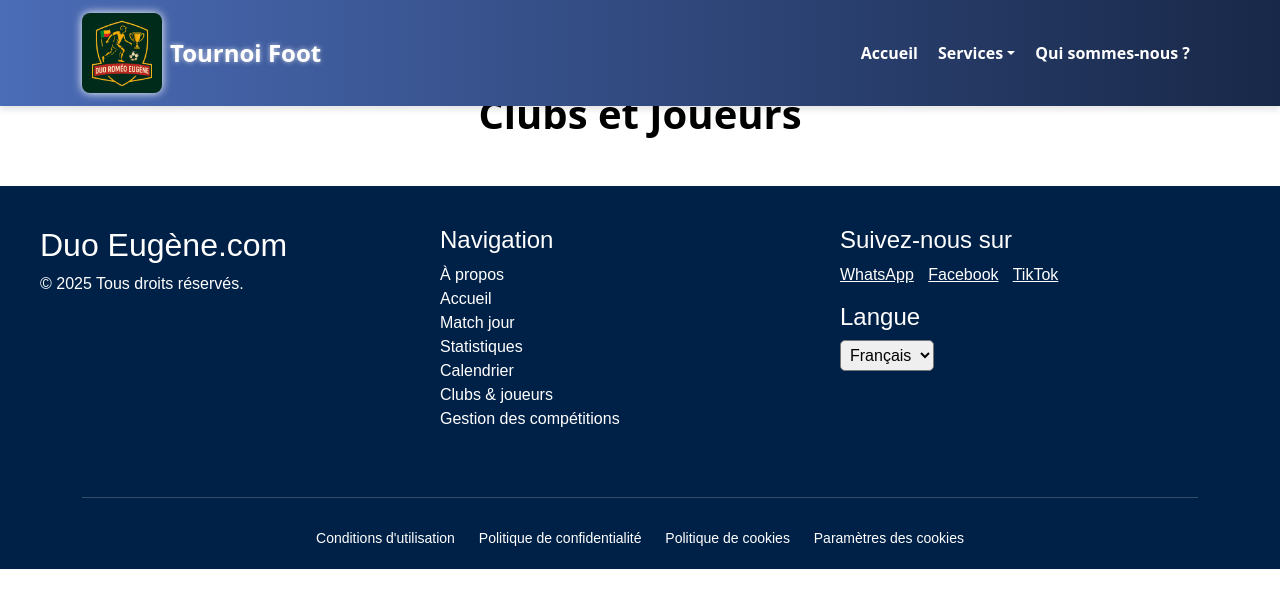
Repository: KILAYOSSI/tournoi_foot
Page: templates/pages/clubs_joueurs.html.twig
The author's editor kept a copy of each file at every save. The page is drawn from the files as they stood at one save, then again after the next save.
The browser window is 1280 px wide. The pictures show the whole page.
The page is a Twig template of a Symfony application; nobody is signed in and links lead nowhere. The template is opened directly, without the code that normally fills it, so the values that code supplies are empty.

Above is the page before, as saved 2025-06-27 04:08:24.

After the next save:
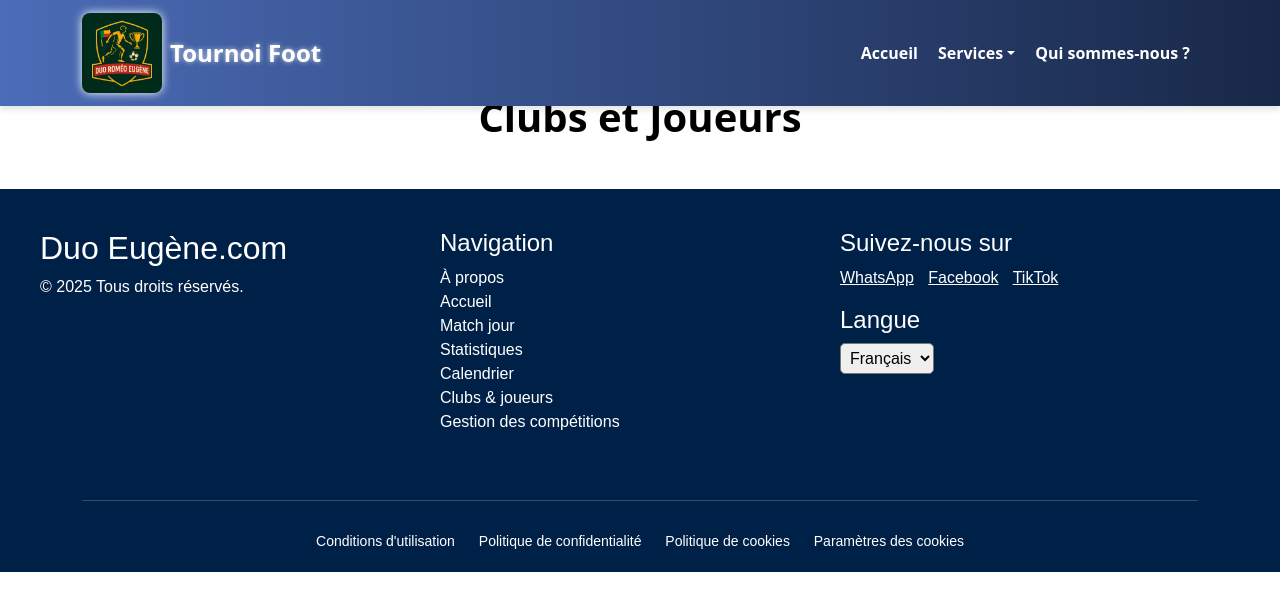
Saved 15 s later.
--- a/templates/pages/clubs_joueurs.html.twig
+++ b/templates/pages/clubs_joueurs.html.twig
@@ -4,7 +4,7 @@
 
 {% block body %}
 <div class="container my-5">
-    <h1 class="text-center mb-5 fw-bold" style="margin-top: 90px; color: #000000;">Clubs et Joueurs</h1>
+    <h1 class="text-center mb-5 fw-bold" style="margin-top: 93px; color: #000000;">Clubs et Joueurs</h1>
 
     {% for club in clubs %}
         <div class="card mb-4 shadow-sm rounded-4 border-0">

After the save that followed:
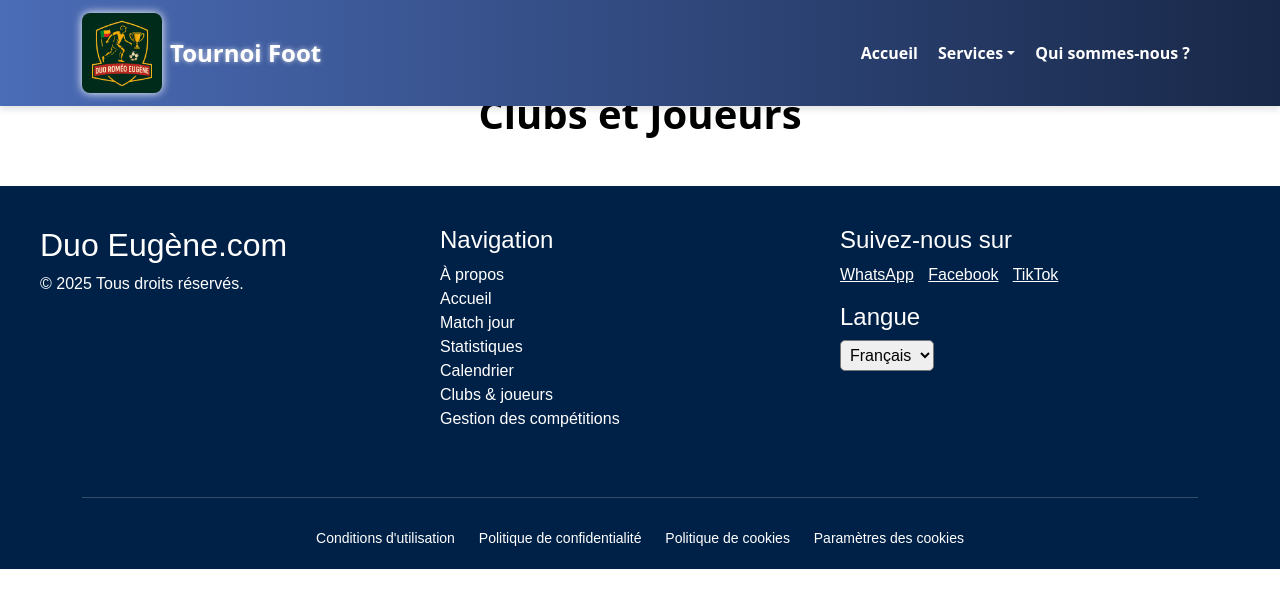
Saved 15 s later.
--- a/templates/pages/clubs_joueurs.html.twig
+++ b/templates/pages/clubs_joueurs.html.twig
@@ -4,7 +4,7 @@
 
 {% block body %}
 <div class="container my-5">
-    <h1 class="text-center mb-5 fw-bold" style="margin-top: 93px; color: #000000;">Clubs et Joueurs</h1>
+    <h1 class="text-center mb-5 fw-bold" style="margin-top: 90px; color: #000000;">Clubs et Joueurs</h1>
 
     {% for club in clubs %}
         <div class="card mb-4 shadow-sm rounded-4 border-0">
